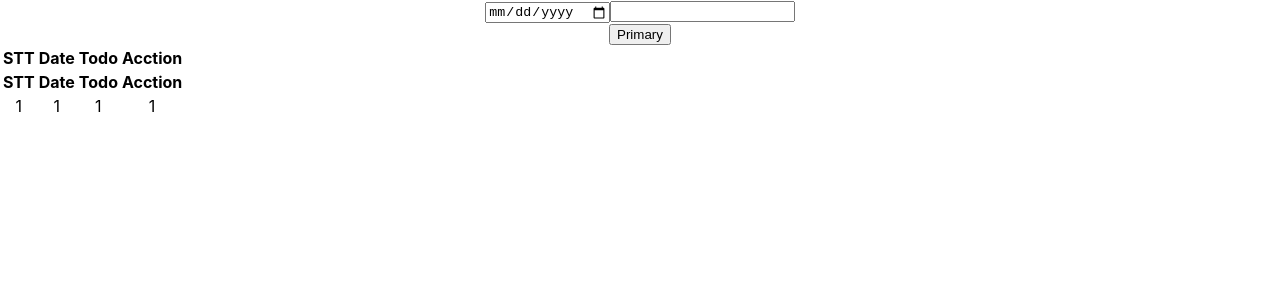
Repository: vanviet99/bietitmatit
Page: /
These files come from the project's save history. The page is drawn as it stood at one moment and after a run of saves; the edit follows.
The browser window is 1280 px wide. The pictures show the whole page.
The project was rebuilt for these pictures with package versions that can differ from the ones it lists, and the page was loaded fresh each time.

Above is the page before, as saved 2022-10-03 21:17:56.

After the next 7 saves:
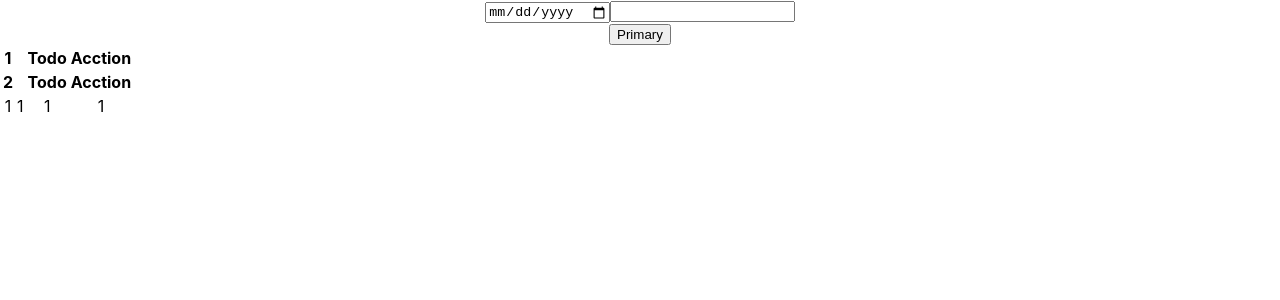
The 7 saves are shown as one change because they came seconds apart.
The last was saved 18 s later.
--- a/src/App.js
+++ b/src/App.js
@@ -19,8 +19,8 @@ function App() {
       {list.map(function(value,index){
         return (
           <tr key={index}>
-          <th scope="col">STT</th>
-          <th scope="col">Date</th>
+          <th scope="col">{index+1}</th>
+          <th scope="col">{value.d}</th>
           <th scope="col">Todo</th>
           <th scope="col">Acction</th>
         </tr>
